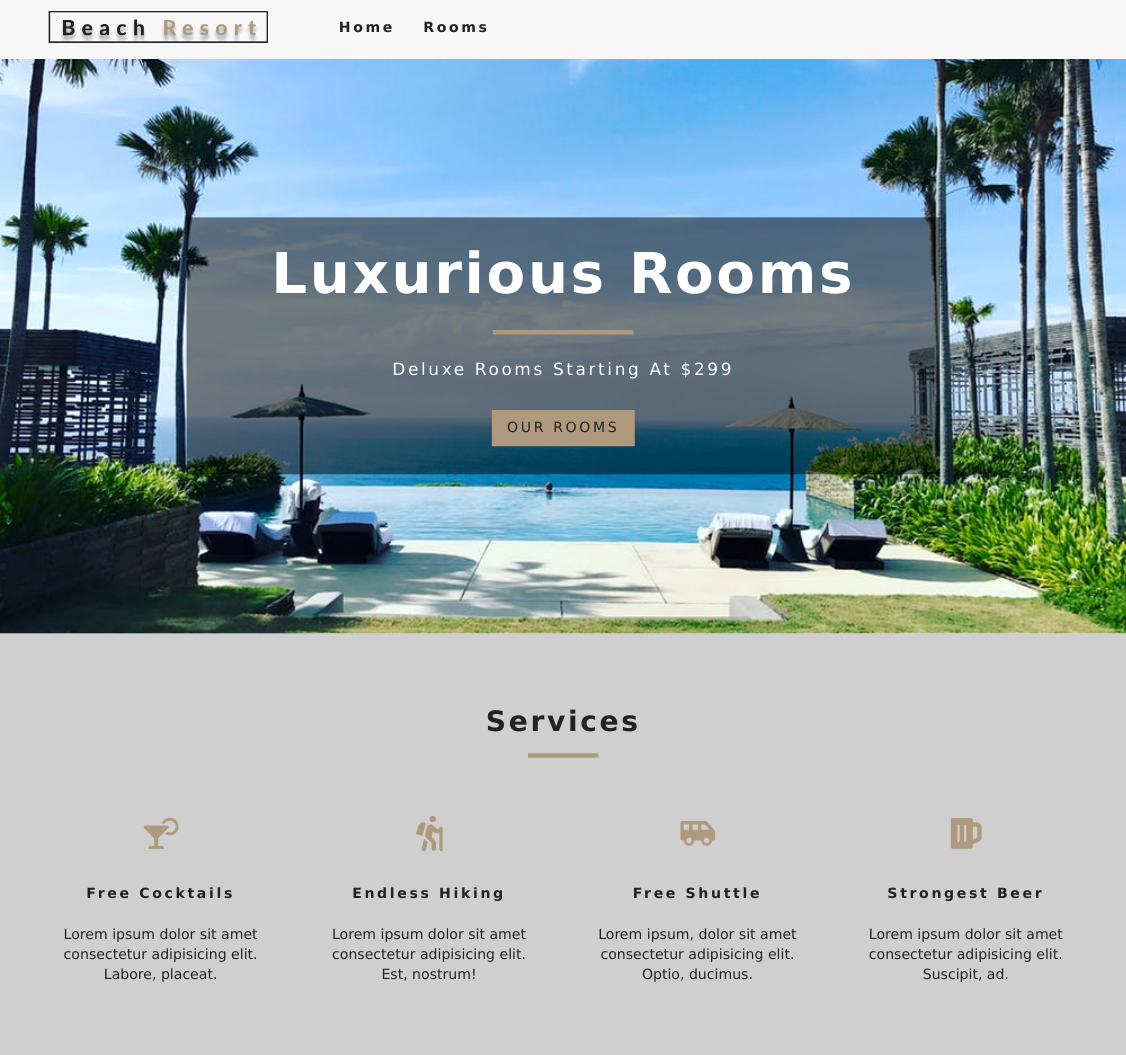
Repository: thanhn379/react-beach-resort
Page: /
An editor plug-in stored every save of this project. The page is shown before and after the next save, followed by the edit.
The browser window is 1280 px wide. The pictures show the whole page, at 88% of full size.
The project was rebuilt for these pictures with package versions that can differ from the ones it lists, and the page was loaded fresh each time. Also part of the build but not shown: src/pages/Rooms.js, src/pages/SingleRoom.js, src/pages/Error.js.

Above is the page before, as saved 2019-11-14 02:07:09.

### public/index.html
<!DOCTYPE html>
<html lang="en">
  <head>
    <meta charset="utf-8" />
    <link rel="icon" href="%PUBLIC_URL%/favicon.ico" />
    <meta name="viewport" content="width=device-width, initial-scale=1" />
    <meta name="theme-color" content="#000000" />
    <meta
      name="description"
      content="Web site created using create-react-app"
    />
    <link rel="apple-touch-icon" href="logo192.png" />
    <!--
      manifest.json provides metadata used when your web app is installed on a
      user's mobile device or desktop. See https://developers.google.com/web/fundamentals/web-app-manifest/
    -->
    <link rel="manifest" href="%PUBLIC_URL%/manifest.json" />
    <!--
      Notice the use of %PUBLIC_URL% in the tags above.
      It will be replaced with the URL of the `public` folder during the build.
      Only files inside the `public` folder can be referenced from the HTML.

      Unlike "/favicon.ico" or "favicon.ico", "%PUBLIC_URL%/favicon.ico" will
      work correctly both with client-side routing and a non-root public URL.
      Learn how to configure a non-root public URL by running `npm run build`.
    -->
    <title>Resort recording</title>
  </head>
  <body>
    <noscript>You need to enable JavaScript to run this app.</noscript>
    <div id="root"></div>
    <!--
      This HTML file is a template.
      If you open it directly in the browser, you will see an empty page.

      You can add webfonts, meta tags, or analytics to this file.
      The build step will place the bundled scripts into the <body> tag.

      To begin the development, run `npm start` or `yarn start`.
      To create a production bundle, use `npm run build` or `yarn build`.
    -->
  </body>
</html>

### src/index.js
import React from "react";
import ReactDOM from "react-dom";
import { BrowserRouter as Router } from "react-router-dom";
// import './index.css';
import App from "./App";
import * as serviceWorker from "./serviceWorker";

ReactDOM.render(
  <Router>
    <App />
  </Router>,
  document.getElementById("root")
);

// If you want your app to work offline and load faster, you can change
// unregister() to register() below. Note this comes with some pitfalls.
// Learn more about service workers: https://bit.ly/CRA-PWA
serviceWorker.unregister();

### src/App.js
import React from "react";
import "./App.css";

import NavBar from "./components/NavBar";

import Home from "./pages/Home";
import Rooms from "./pages/Rooms";
import SingleRoom from "./pages/SingleRoom";
import Error from "./pages/Error";

import { Route, Switch } from "react-router-dom";

function App() {
  return (
    <>
      <NavBar />
      <Switch>
        <Route exact path="/" component={Home} />
        <Route exact path="/rooms/" component={Rooms} />
        <Route exact path="/rooms/:slug/" component={SingleRoom} />
        <Route component={Error} />
      </Switch>
    </>
  );
}

export default App;

### src/components/NavBar.js
import React, { Component } from "react";
import Logo from "../images/logo.svg";
import { FaAlignRight } from "react-icons/fa";
import { Link } from "react-router-dom";

export default class NavBar extends Component {
  state = {
    isOpen: false
  };
  handleToggle = () => {
    this.setState({ isOpen: !this.state.isOpen });
  };
  render() {
    return (
      <nav className="navbar">
        <div className="nav-center">
          <div className="nav-header">
            <Link to="/">
              <img src={Logo} alt="Beach Resort" />
            </Link>
            <button
              type="button"
              className="nav-btn"
              onClick={this.handleToggle}
            >
              <FaAlignRight className="nav-icon" />
            </button>
          </div>
          <ul
            className={this.state.isOpen ? "nav-links show-nav" : "nav-links"}
          >
            <li>
              <Link to="/">Home</Link>
            </li>
            <li>
              <Link to="/rooms">Rooms</Link>
            </li>
          </ul>
        </div>
      </nav>
    );
  }
}

### src/pages/Home.js
import React from "react";
import Hero from "../components/Hero";
import Banner from "../components/Banner";
import { Link } from "react-router-dom";
import Services from "../components/Services";

export default function Home() {
  return (
    <>
      <Hero>
        <Banner
          title="luxurious rooms"
          subtitle="deluxe rooms starting at $299"
        >
          <Link to="/rooms" className="btn-primary">
            our rooms
          </Link>
        </Banner>
      </Hero>
      <Services />
    </>
  );
}

### src/components/Services.js
import React, { Component } from "react";
import { FaCocktail, FaHiking, FaShuttleVan, FaBeer } from "react-icons/fa";
import Title from "./Title";

export default class Services extends Component {
  state = {
    services: [
      {
        icon: <FaCocktail />,
        title: "free cocktails",
        info:
          "Lorem ipsum dolor sit amet consectetur adipisicing elit. Labore, placeat."
      },
      {
        icon: <FaHiking />,
        title: "Endless Hiking",
        info:
          "Lorem ipsum dolor sit amet consectetur adipisicing elit. Est, nostrum!"
      },
      {
        icon: <FaShuttleVan />,
        title: "Free Shuttle",
        info:
          "Lorem ipsum, dolor sit amet consectetur adipisicing elit. Optio, ducimus."
      },
      {
        icon: <FaBeer />,
        title: "Strongest Beer",
        info:
          "Lorem ipsum dolor sit amet consectetur adipisicing elit. Suscipit, ad."
      }
    ]
  };

  render() {
    return (
      <section className="services">
        <Title title="services" />

        <div className="services-center">
          {this.state.services.map((item, index) => {
            return (
              <article key={index} className="service">
                <span>{item.icon}</span>
                <h6>{item.title}</h6>
                <p>{item.info}</p>
              </article>
            );
          })}
        </div>
      </section>
    );
  }
}

Loaded but not shown: src/serviceWorker.js (common file); src/App.css (common file); src/components/Hero.js (common file); src/components/Banner.js (common file); src/components/Title.js (common file)

After the next save:
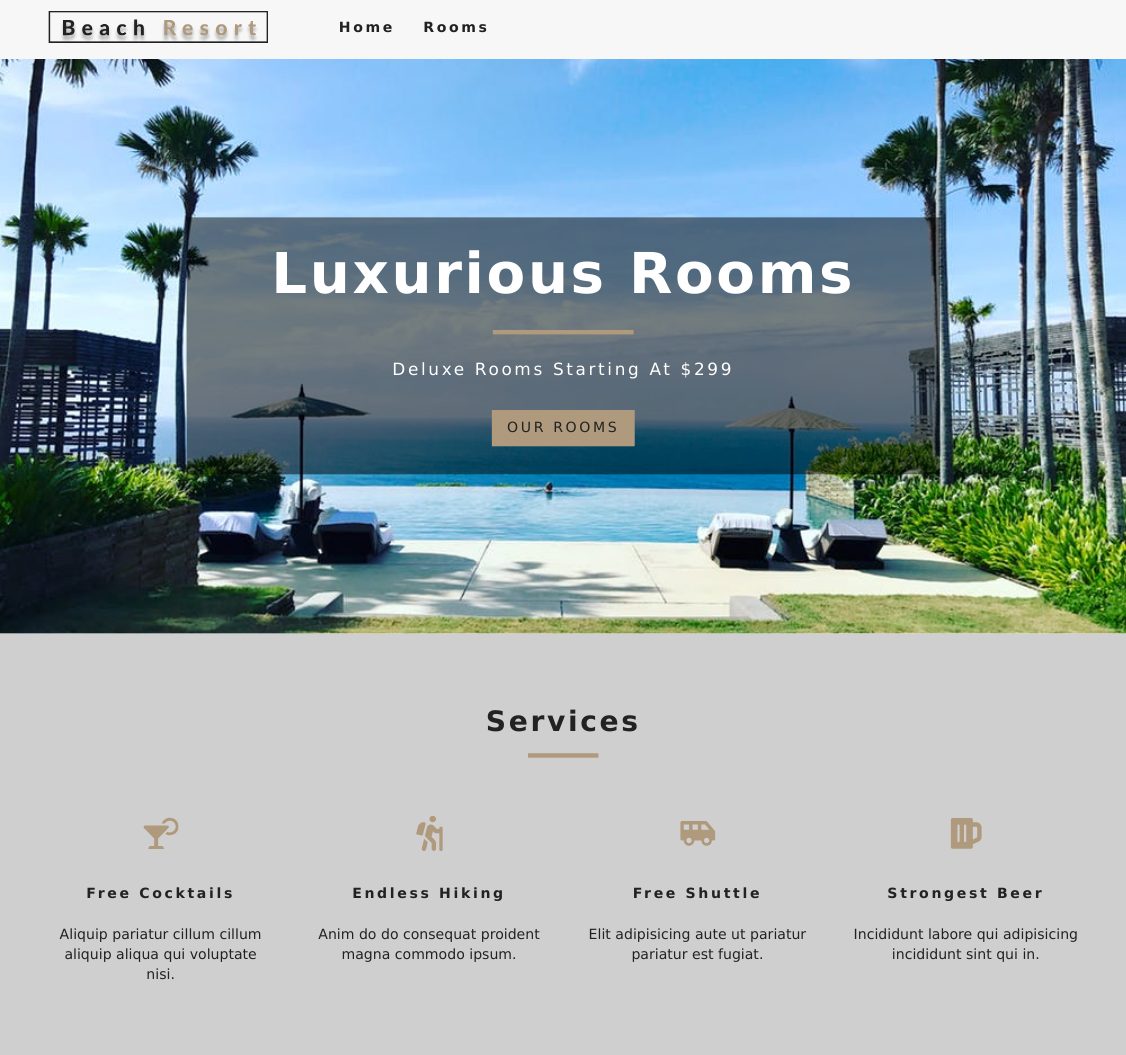
Saved 2 h 28 min later.
--- a/src/components/Services.js
+++ b/src/components/Services.js
@@ -9,25 +9,22 @@ export default class Services extends Component {
         icon: <FaCocktail />,
         title: "free cocktails",
         info:
-          "Lorem ipsum dolor sit amet consectetur adipisicing elit. Labore, placeat."
+          "Aliquip pariatur cillum cillum aliquip aliqua qui voluptate nisi."
       },
       {
         icon: <FaHiking />,
         title: "Endless Hiking",
-        info:
-          "Lorem ipsum dolor sit amet consectetur adipisicing elit. Est, nostrum!"
+        info: "Anim do do consequat proident magna commodo ipsum."
       },
       {
         icon: <FaShuttleVan />,
         title: "Free Shuttle",
-        info:
-          "Lorem ipsum, dolor sit amet consectetur adipisicing elit. Optio, ducimus."
+        info: "Elit adipisicing aute ut pariatur pariatur est fugiat."
       },
       {
         icon: <FaBeer />,
         title: "Strongest Beer",
-        info:
-          "Lorem ipsum dolor sit amet consectetur adipisicing elit. Suscipit, ad."
+        info: "Incididunt labore qui adipisicing incididunt sint qui in."
       }
     ]
   };
